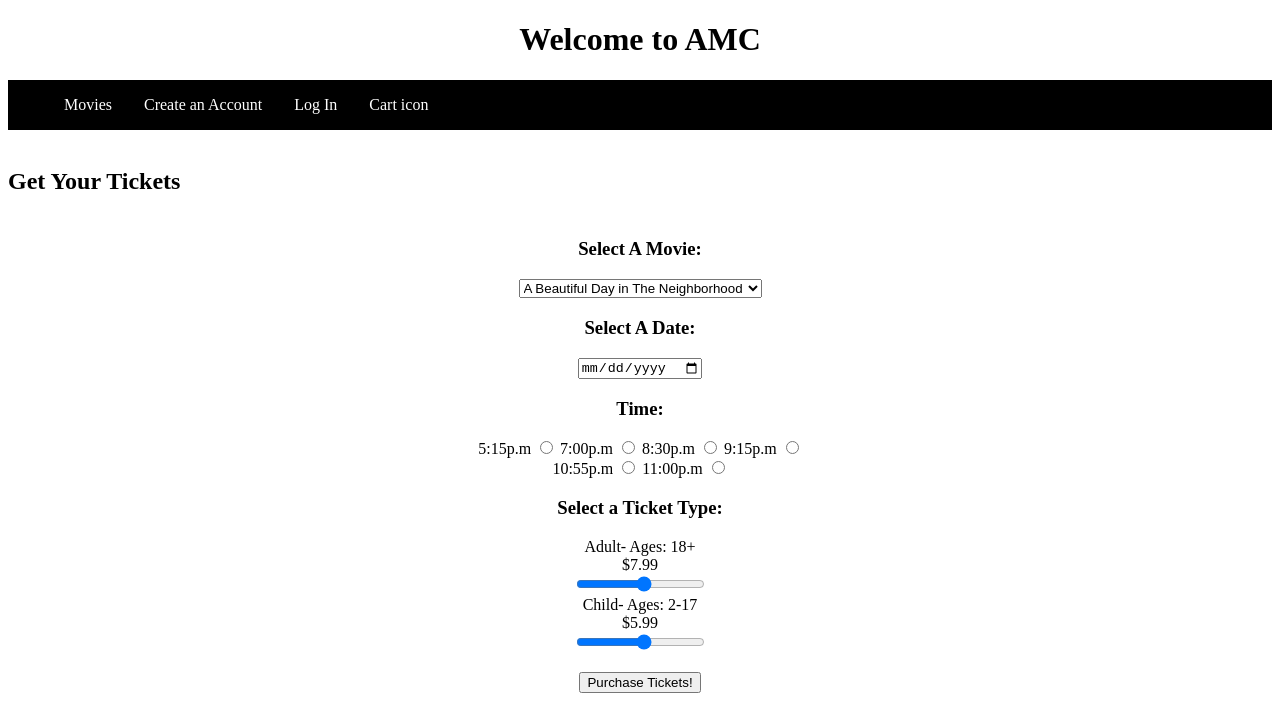
Repository: TagninaShama/CoreJavaJune2020
Page: http://localhost/FinalProject/Ticket.jsp
An editor plug-in stored every save of this project. The page is shown before and after the next save, followed by the edit.
The browser window is 1280 px wide. The pictures show the whole page.
The page is served by Tomcat 9.

Above is the page before, as saved 2019-11-24 18:48:40.

After the next save:
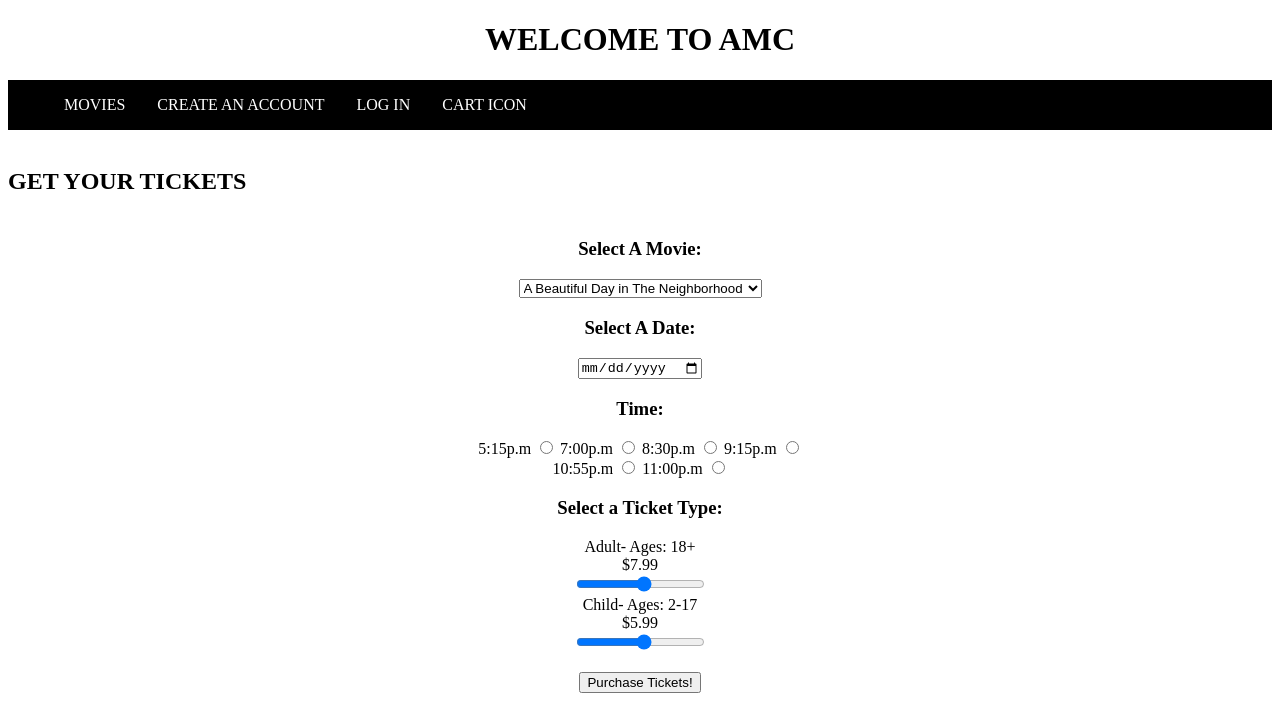
Saved 79 s later.
--- a/FinalProject/WebContent/style.css
+++ b/FinalProject/WebContent/style.css
@@ -9,28 +9,32 @@
 }
 
 ul {
-list-style-type: none;
-margin: auto;
-padding: auto;
-overflow: hidden;
-background-color: black;
+	list-style-type: none;
+	margin: auto;
+	padding: auto;
+	overflow: hidden;
+	background-color: black;
+
 }
 
 li {
-float: left;
+	float: left;
 }
 
-li a {
-display: block;
-color: white;
-text-align: center;
-padding: 16px 16px;
-text-decoration: none;
+li a, #username {
+	display: block;
+	color: white;
+	text-align: center;
+	padding: 16px 16px;
+	text-decoration: none;
 
 }
 
 li a:hover {
-background-color: red;
+	background-color: red;
+	margin: auto;
+	padding: auto;
+	overflow: hidden;
 }
 
 form {
@@ -41,3 +45,25 @@
 	width: 400px;
 
 }
+
+img, td{
+	height: 300px;
+	width: 225px;
+}
+
+
+#cartLogo {
+	height: 35px;
+	width: 40px;
+	background-color: black;
+	float: right;
+	text-align: right;
+	margin: auto;
+	padding: auto;
+	overflow: hidden;
+
+}
+
+h1, h2, ul{
+	text-transform: uppercase;
+}
